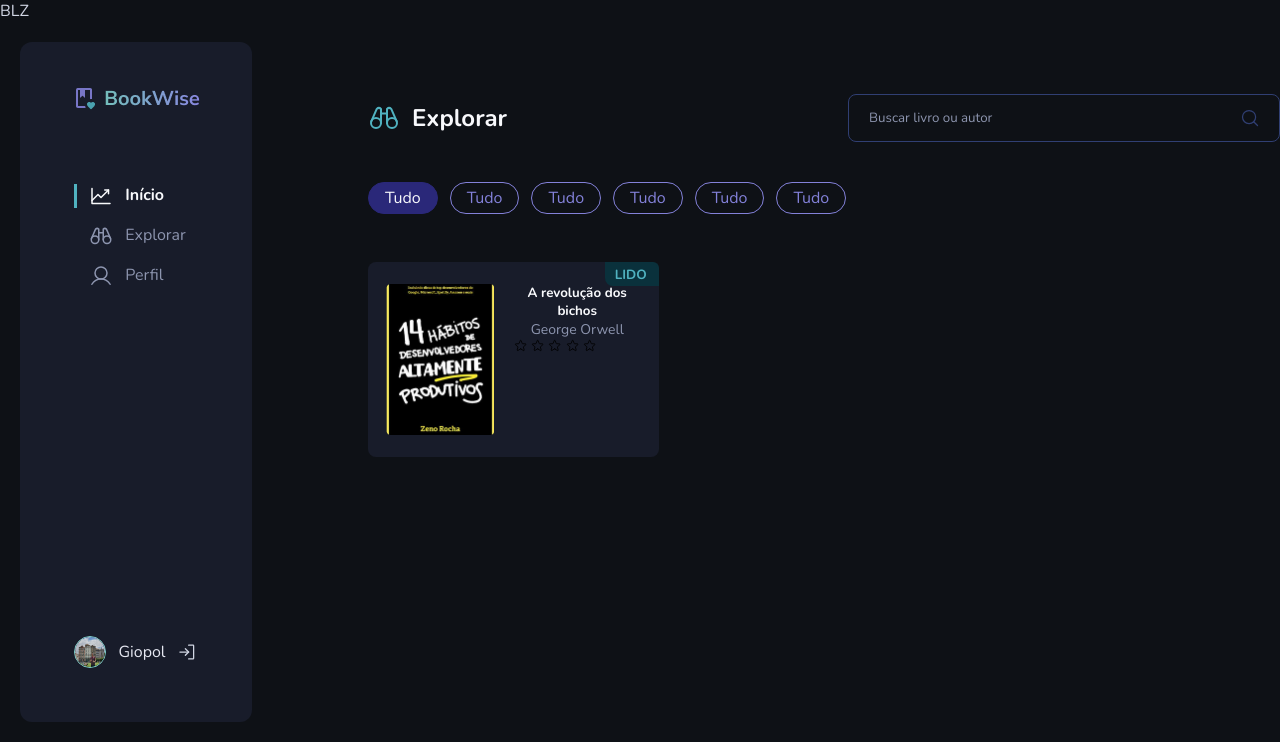
Repository: Giopol12/book-wise
Page: /explore/index.page
These files come from the project's save history. The page is drawn as it stood at one moment and after the next save; the edit follows.
The browser window is 1280 px wide. The pictures show the whole page.
The project was rebuilt for these pictures with package versions that can differ from the ones it lists, and the page was loaded fresh each time. The framework's server and built-in components were replaced by stand-ins that run in the browser. Also part of the build but not shown: next.config.js.

Above is the page before, as saved 2023-10-27 09:52:46.

After the next save:
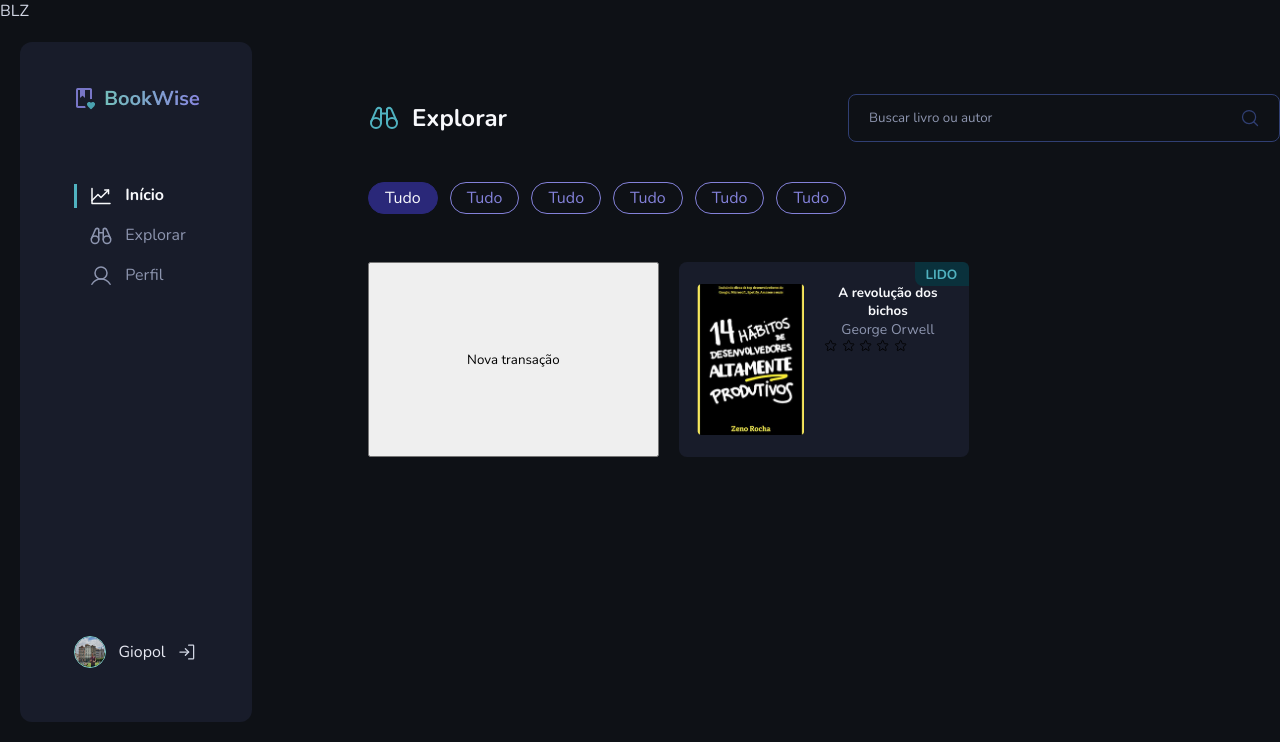
Saved 73 s later.
--- a/src/pages/explore/index.page.tsx
+++ b/src/pages/explore/index.page.tsx
@@ -54,13 +54,13 @@ export default function Explore() {
               </Dialog.Root>
             )
           })} */}
-          {/* <Dialog.Root>
+          <Dialog.Root>
             <Dialog.Trigger asChild>
               <button>Nova transação</button>
             </Dialog.Trigger>
 
             <NewCommentModal />
-          </Dialog.Root> */}
+          </Dialog.Root>
           <Dialog.Root>
             <Dialog.Trigger asChild>
               <ExploreBookCard />
